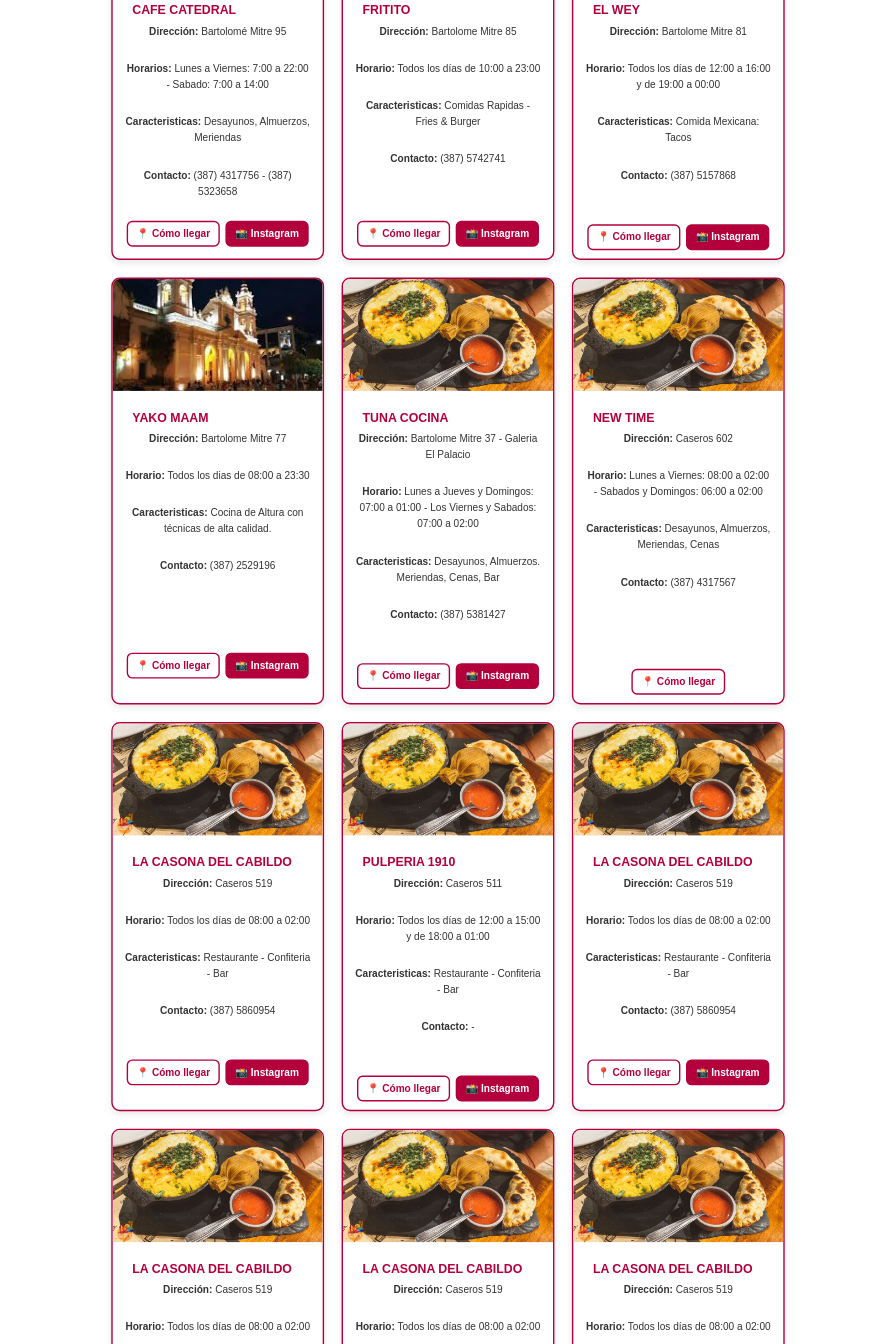
Repository: nahir95/come-en-salta
Page: restaurantes.html
The author's editor kept a copy of each file at every save. The page is drawn from the files as they stood at one save, then again after the next save.
The browser window is 1280 px wide. The pictures show the part of the page from y = 738 to 2658 px (the page is 6195 px tall), at 70% of full size.

Above is the page before, as saved 2025-11-12 02:34:03.

After the next save:
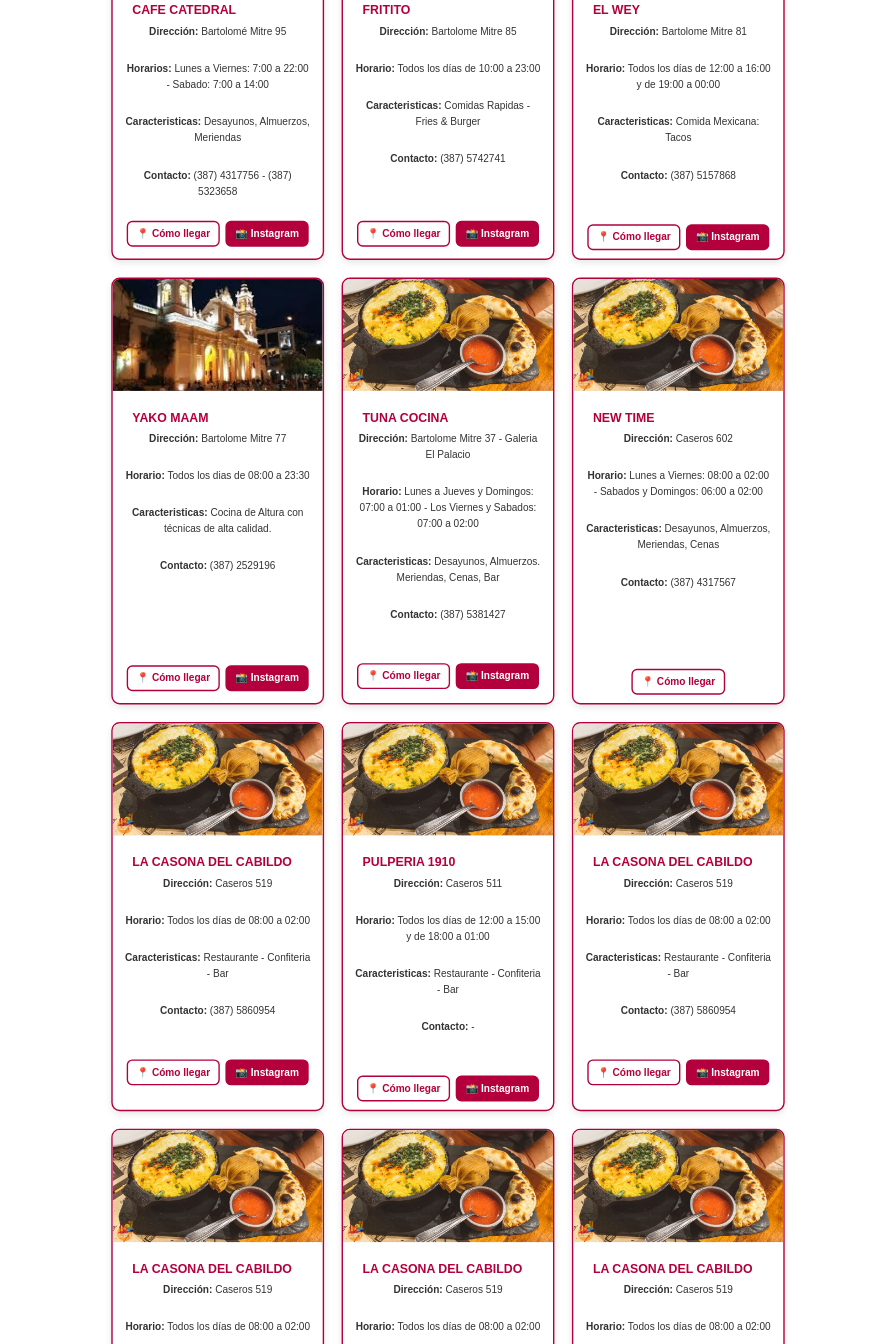
Saved 7 s later.
--- a/restaurantes.html
+++ b/restaurantes.html
@@ -87,7 +87,7 @@
           <P><strong>Dirección:</strong> Bartolome Mitre 77</P>
           <p><strong>Horario:</strong> Todos los dias de 08:00 a 23:30</p>
           <p><strong>Caracteristicas:</strong> Cocina de Altura con técnicas de alta calidad.</p>
-          <p><strong>Contacto:</strong> (387) 2529196</p> <br> <br> <br> <br>
+          <p><strong>Contacto:</strong> (387) 2529196</p> <br> <br> <br> <br> <br>
            <div class="btns-resto">
           <a href="https://maps.app.goo.gl/gud9KhsUfRgktwaAA?g_st=aw" target="_blank" class="btn">📍 Cómo llegar</a>
           <a href="https://www.instagram.com/yako.maam?igsh=ZW82NnRrNmltaHpj" target="_blank" class="btn btn-secundario">📸 Instagram</a>
